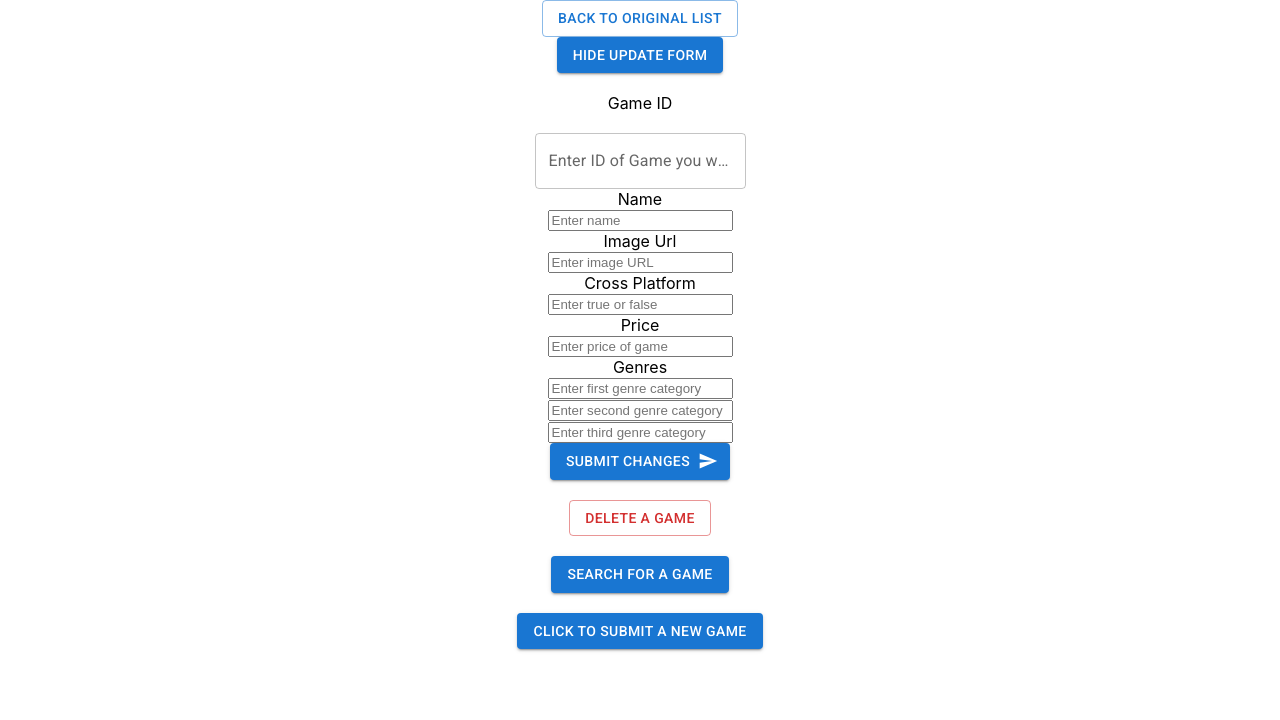
Repository: The-Software-Guild/assessment-2-react-nj10deadend
Page: / (app in Part-2/React-section/frontend/), after clicking the first element matching `button.MuiButton-contained`
The author's editor kept a copy of each file at every save. The page is drawn from the files as they stood at one save, then again after the next save.
The browser window is 1280 px wide. The pictures show the whole page.
The page's requests for data from a server got no answer. The project was rebuilt for these pictures with package versions that can differ from the ones it lists, and the page was loaded fresh each time. No one was signed in, and anything a server would have sent is missing. Also part of the build but not shown: Part-2/React-section/frontend/src/components/GameCards.js.

Above is the page before, as saved 2021-12-19 22:22:59.

### Part-2/React-section/frontend/public/index.html
<!DOCTYPE html>
<html lang="en">
  <head>
    <meta charset="utf-8" />
    <link rel="icon" href="%PUBLIC_URL%/favicon.ico" />
    <meta name="viewport" content="width=device-width, initial-scale=1" />
    <meta name="theme-color" content="#000000" />
    <meta name="viewport" content="initial-scale=1, width=device-width" />
    <meta
      name="description"
      content="Web site created using create-react-app"
    />
    <link rel="apple-touch-icon" href="%PUBLIC_URL%/logo192.png" />
    <!--
      manifest.json provides metadata used when your web app is installed on a
      user's mobile device or desktop. See https://developers.google.com/web/fundamentals/web-app-manifest/
    -->
    <link rel="manifest" href="%PUBLIC_URL%/manifest.json" />
    <!--
      Notice the use of %PUBLIC_URL% in the tags above.
      It will be replaced with the URL of the `public` folder during the build.
      Only files inside the `public` folder can be referenced from the HTML.

      Unlike "/favicon.ico" or "favicon.ico", "%PUBLIC_URL%/favicon.ico" will
      work correctly both with client-side routing and a non-root public URL.
      Learn how to configure a non-root public URL by running `npm run build`.
    -->
    <link
      rel="stylesheet"
      href="https://fonts.googleapis.com/css?family=Roboto:300,400,500,700&display=swap"
    />
    <link
      rel="stylesheet"
      href="https://fonts.googleapis.com/icon?family=Material+Icons"
    />
    <title>React App</title>
  </head>
  <body>
    <noscript>You need to enable JavaScript to run this app.</noscript>
    <div id="root"></div>
    <!--
      This HTML file is a template.
      If you open it directly in the browser, you will see an empty page.

      You can add webfonts, meta tags, or analytics to this file.
      The build step will place the bundled scripts into the <body> tag.

      To begin the development, run `npm start` or `yarn start`.
      To create a production bundle, use `npm run build` or `yarn build`.
    -->
  </body>
</html>

### Part-2/React-section/frontend/src/index.css
body {
  margin: 0;
  font-family: -apple-system, BlinkMacSystemFont, 'Segoe UI', 'Roboto', 'Oxygen',
    'Ubuntu', 'Cantarell', 'Fira Sans', 'Droid Sans', 'Helvetica Neue',
    sans-serif;
  -webkit-font-smoothing: antialiased;
  -moz-osx-font-smoothing: grayscale;
}

code {
  font-family: source-code-pro, Menlo, Monaco, Consolas, 'Courier New',
    monospace;
}

.imgs {
  height: 300px;
  width: 300px;
  border-radius: 5px;
}
.game-cards {
  border-color: lightblue;
  border-style: outset;
}
.divider {
  border-top: 1px dotted lightblue;
}

### Part-2/React-section/frontend/src/App.js
import './App.css';
import Home from './components/Home';
import AddGameForm from './components/AddGameForm';
import GameSearch from './components/GameSearch';
import UpdateGame from './components/UpdateGame';
import DeleteGame from './components/DeleteGame';
import axios from 'axios';
import {useState, useEffect} from 'react';
import Container from '@mui/material/Container';

// import {Container} from '@mui/material';
import Button from '@mui/material/Button';
// import Typography from '@mui/material/Typography';

function App() {

  const [gameData, setGameData] = useState([]);

  function getFetchGameServer () {
    axios.get(`http://localhost:8080/allGames`)
      .then(res => {
        setGameData(res.data)
      })

  }

  useEffect(getFetchGameServer, []);

  return (
    // <div className="App">
    <Container className="App">

      <Button variant="outlined"onClick={getFetchGameServer}>Back to Original List</Button>
      <UpdateGame getFetchGameServer={getFetchGameServer}/>
      <br></br>
      <DeleteGame getFetchGameServer={getFetchGameServer} />
      <br></br>
      <GameSearch setGameData={setGameData}/>
      <br></br>
      <AddGameForm setGameData={setGameData}/>


      <Home gameData={gameData}/>

    </Container>

  );
}

export default App;

### Part-2/React-section/frontend/src/components/Home.js
import GameCards from "./GameCards";


function Home ({gameData}) {

    const renderGameData = gameData.map(eachGame => {
        // console.log(eachGame._id);
        return (
            <GameCards key={eachGame._id} eachGame={eachGame} />
        )
    })
    return (
        <div>
            {renderGameData}

        </div>
    )
}

export default Home;

### Part-2/React-section/frontend/src/components/AddGameForm.js
import {useState, useEffect} from 'react';
import axios from 'axios';
import Button from '@mui/material/Button';

function AddGameForm ({setGameData}) {

    const [clicked, setClicked] = useState(false);
    const [submitted, setSubmitted] = useState(false);
    const [name, setName] = useState("");
    const [img, setImg] = useState("");
    const [crossPlatform, setCrossPlatform] = useState("");
    const [price, setPrice] = useState("");
    const [genres, setGenres] = useState(["", "", ""]);
    const buttonText = clicked ? "Hide Submission Form" : "Click to Submit a New Game"

    function postRequest() {
        return axios.post('http://localhost:8080/allGames', {
            name: name,
            img: img,
            cross_platform: crossPlatform,
            price: price,
            genres: genres
        })
        .then(function (response) {
            console.log(response);
            return response.data;
        })
        .catch(function (error) {
            console.log(error);
            return null;
        });
    }

    async function onSubmit(event) {
        event.preventDefault();
        setName("");
        setImg("");
        setCrossPlatform("");
        setPrice("");
        setGenres(["", "", ""]);
        const newGame = await postRequest();
        // console.log(newGame);
        setGameData((oldInfo)=> {
            // console.log(oldInfo)
            return [...oldInfo, newGame]
        })
    }

    return (
        <div>
            <Button variant="contained" onClick={() => {setClicked(!clicked)}}>{buttonText}</Button>
            {clicked && (
                <form onSubmit={onSubmit}>
                    <div>
                        <label for="name">Name</label>
                        <br></br>
                        <input type="text" name="name" placeholder="Enter name" id="name"
                        value={name} onChange={(event) => {setName(event.target.value)}}/>
                    </div>
                    <div>
                        <label for="img">Image Url</label>
                        <br></br>
                        <input type="text" name="img" placeholder="Enter image URL" id="img"
                        value={img} onChange={(event) => {setImg(event.target.value)}}/>
                    </div>
                    <div>
                        <label for="cross platform">Cross Platform</label>
                        <br></br>
                        <input type="text" name="cross platform" placeholder="Enter true or false" id="cross_platform"
                        value={crossPlatform} onChange={(event) => {setCrossPlatform(event.target.value)}}/>
                    </div>
                    <div>
                        <label for="price">Price</label>
                        <br></br>
                        <input type="text" name="price" placeholder="Enter price of game" id="price"
                        value={price} onChange={(event) => {setPrice(event.target.value)}} />
                    </div>
                    <div>
                        <label for="genres">Genres</label>
                        <br></br>
                        <input type="text" name="genre1" placeholder="Enter first genre category" id="genre1"
                        value={genres[0]} onChange={(event) => {setGenres([event.target.value, genres[1], genres[2]])}}/>
                        <br></br>
                        <input type="text" name="genre2" placeholder="Enter second genre category" id="genre2"
                        value={genres[1]} onChange={(event) => {setGenres([genres[0], event.target.value, genres[2] ])}}/>
                        <br></br>
                        <input type="text" name="genre3" placeholder="Enter third genre category" id="genre3"
                        value={genres[2]} onChange={(event) => {setGenres([genres[0], genres[1], event.target.value])}}/>
                    </div>
                    <Button variant="contained" type="submit">Submit new Game</Button>

                </form>
            )}


        </div>
    )
}

export default AddGameForm;

### Part-2/React-section/frontend/src/components/GameSearch.js
import {useState} from 'react';
import axios from 'axios';
import Button from '@mui/material/Button';
import TextField from '@mui/material/TextField';



function GameSearch ({setGameData}) {

    const [searchId, setSearchId] = useState("");
    const [clicked, setClicked] = useState(false);

    const searchGameText = clicked ? "Hide Search Form" : "Search for a Game"

    function getFetchOneGame () {
        axios.get(`http://localhost:8080/allGames/${searchId}`)
          .then(res => {
            setGameData([res.data])
        })

    }

    function onSearch(event) {
        event.preventDefault()
        setSearchId("");
        getFetchOneGame();
    }

    return (
        <div>
            <Button variant="contained" onClick={() => {setClicked(!clicked)}}>{searchGameText}</Button>
            {clicked && (
                <form onSubmit={onSearch}>
                    {/* <input type="text" placeholder="Search for game by id..."
                    onChange={(event) => {setSearchId(event.target.value)}}
                    value = {searchId}
                    /> */}
                    <br></br>
                    <TextField id="outlined-basic" label="Search for game by id"
                    variant="outlined"
                    onChange={(event) => {setSearchId(event.target.value)}}
                    value = {searchId}
                    />
                    <br></br>
                    <Button variant="outlined" type="submit">Search</Button>
                </form>
            )}
        </div>
    )
}

export default GameSearch;

### Part-2/React-section/frontend/src/components/UpdateGame.js
import {useState} from 'react';
import axios from 'axios';
import Button from '@mui/material/Button';
import Box from '@mui/material/Box';
import TextField from '@mui/material/TextField';



import SendIcon from '@mui/icons-material/Send';


function UpdateGame ({getFetchGameServer}) {
    const [name, setName] = useState("");
    const [img, setImg] = useState("");
    const [crossPlatform, setCrossPlatform] = useState("");
    const [price, setPrice] = useState("");
    const [genres, setGenres] = useState(["", "", ""]);

    const [clicked, setClicked] = useState(false);
    const [searchId, setSearchId] = useState("");

    const updateButtonText = clicked ? "Hide Update Form" : "Update game details"

    async function patchRequest () {
        await axios.patch(`http://localhost:8080/allGames/update/${searchId}`,  {
            name: name,
            img: img,
            cross_platform: crossPlatform,
            price: price,
            genres: genres
        })
    }

    async function updateChanges (event) {
        event.preventDefault();
        await patchRequest();
        getFetchGameServer();
        setSearchId("");
        setName("");
        setImg("");
        setCrossPlatform("");
        setPrice("");
    }
    return (
        <Box sx={{ borderRadius: '50%' }}>
            <Button variant="contained" onClick={() => {setClicked(!clicked)}}>{updateButtonText}</Button>
                {clicked && (
                    <div>
                        <br></br>
                        <form onSubmit={updateChanges}>
                            <div>
                                <label for="game-id">Game ID</label>
                                <br></br>
                                <br></br>
                                {/* <input name="game-id" type="text" placeholder="Enter ID of Game you want to update"
                                onChange={(event) => {setSearchId(event.target.value)}}
                                value = {searchId}
                                /> */}
                                <TextField id="outlined-basic1" label="Enter ID of Game you want to update"
                                variant="outlined"
                                onChange={(event) => {setSearchId(event.target.value)}}
                                value = {searchId}
                                />
                            </div>
                            <div>
                                <label for="name">Name</label>
                                <br></br>
                                <input type="text" name="name" placeholder="Enter name" id="name"
                                value={name} onChange={(event) => {setName(event.target.value)}}/>
                            </div>
                            <div>
                                <label for="img">Image Url</label>
                                <br></br>
                                <input type="text" name="img" placeholder="Enter image URL" id="img"
                                value={img} onChange={(event) => {setImg(event.target.value)}}/>
                            </div>
                            <div>
                                <label for="cross platform">Cross Platform</label>
                                <br></br>
                                <input type="text" name="cross platform" placeholder="Enter true or false" id="cross_platform"
                                value={crossPlatform} onChange={(event) => {setCrossPlatform(event.target.value)}}/>
                            </div>
                            <div>
                                <label for="price">Price</label>
                                <br></br>
                                <input type="text" name="price" placeholder="Enter price of game" id="price"
                                value={price} onChange={(event) => {setPrice(event.target.value)}} />
                            </div>
                            <div>
                                <label for="genres">Genres</label>
                                <br></br>
                                <input type="text" name="genre1" placeholder="Enter first genre category" id="genre1"
                                value={genres[0]} onChange={(event) => {setGenres([event.target.value, genres[1], genres[2]])}}/>
                                <br></br>
                                <input type="text" name="genre2" placeholder="Enter second genre category" id="genre2"
                                value={genres[1]} onChange={(event) => {setGenres([genres[0], event.target.value, genres[2] ])}}/>
                                <br></br>
                                <input type="text" name="genre3" placeholder="Enter third genre category" id="genre3"
                                value={genres[2]} onChange={(event) => {setGenres([genres[0], genres[1], event.target.value])}}/>
                            </div>
                            <Button variant="contained" endIcon={<SendIcon />} type="submit">Submit Changes</Button>

                        </form>
                    </div>
                )}


        </Box>
    )
}

export default UpdateGame;

### Part-2/React-section/frontend/src/components/DeleteGame.js
import axios from 'axios';
import {useState} from 'react';
import Button from '@mui/material/Button';
import DeleteIcon from '@mui/icons-material/Delete';
import TextField from '@mui/material/TextField';


function DeleteGame ({getFetchGameServer}) {

    const [searchId, setSearchId] = useState("");
    const [clicked, setClicked] = useState(false);

    const deleteText = clicked ? "Hide Delete Form" : "Delete A Game"

    async function deleteGame () {
        await axios.delete(`http://localhost:8080/allGames/delete/${searchId}`)
    }

    async function onSubmit (event) {
        event.preventDefault();
        await deleteGame();
        getFetchGameServer();
        setSearchId("");

    }
    return (
        <div>
            <Button variant="outlined" color="error" onClick={() => {setClicked(!clicked)}}>{deleteText}</Button>
            {clicked && (
                <form onSubmit={onSubmit}>
                    <br></br>
                    <div>
                    <TextField id="outlined-basic" label="Enter ID of Game you want Deleted"
                    variant="outlined"
                    onChange={(event) => {setSearchId(event.target.value)}}
                    value = {searchId}
                    />
                    </div>
                    <br></br>
                    <div>
                        <Button type="submit" variant="outlined" color="error" startIcon={<DeleteIcon />}>Delete Game</Button>
                    </div>
                </form>
            )}

        </div>
    )
}
export default DeleteGame;

Loaded but not shown: Part-2/React-section/frontend/src/index.js (common file); Part-2/React-section/frontend/src/reportWebVitals.js (common file); Part-2/React-section/frontend/src/App.css (common file)

After the next save:
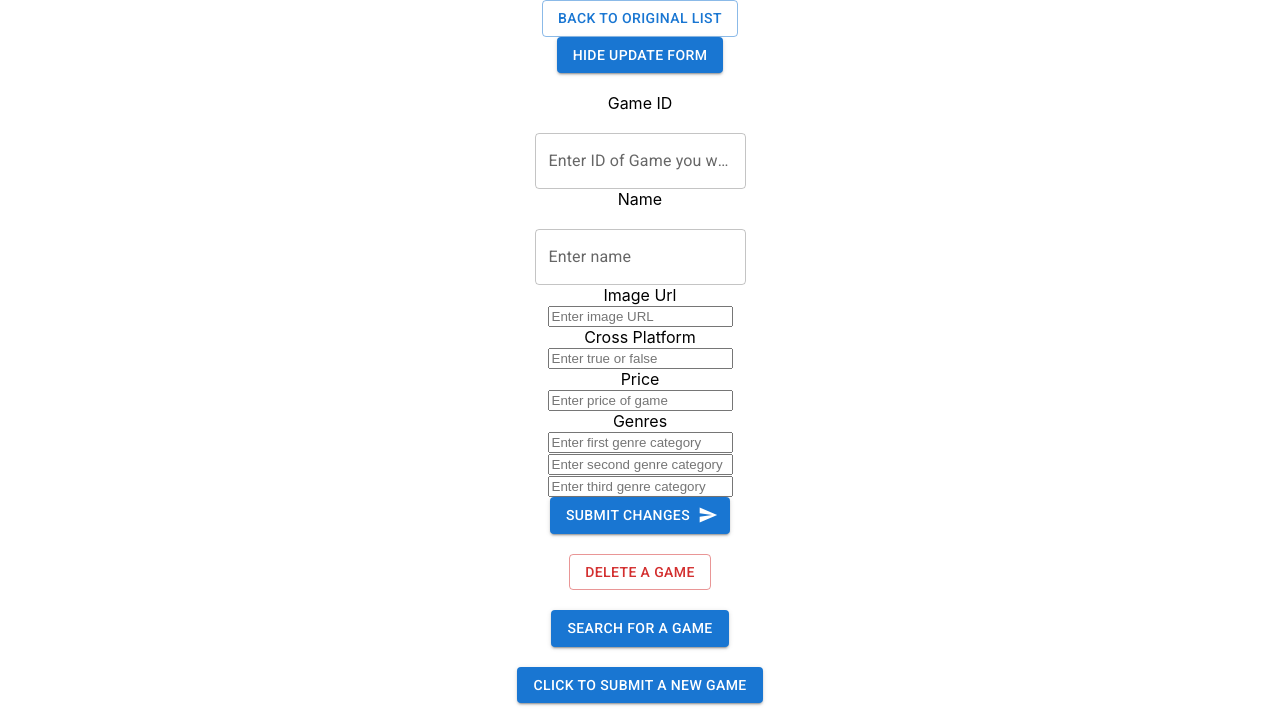
Saved 85 s later.
--- a/Part-2/React-section/frontend/src/components/UpdateGame.js
+++ b/Part-2/React-section/frontend/src/components/UpdateGame.js
@@ -65,8 +65,14 @@ function UpdateGame ({getFetchGameServer}) {
                             <div>
                                 <label for="name">Name</label>
                                 <br></br>
-                                <input type="text" name="name" placeholder="Enter name" id="name"
-                                value={name} onChange={(event) => {setName(event.target.value)}}/>
+                                <br></br>
+                                {/* <input type="text" name="name" placeholder="Enter name" id="name"
+                                value={name} onChange={(event) => {setName(event.target.value)}}/> */}
+                                <TextField id="outlined-basic1" label="Enter name"
+                                variant="outlined"
+                                onChange={(event) => {setName(event.target.value)}}
+                                value = {name}
+                                />
                             </div>
                             <div>
                                 <label for="img">Image Url</label>
